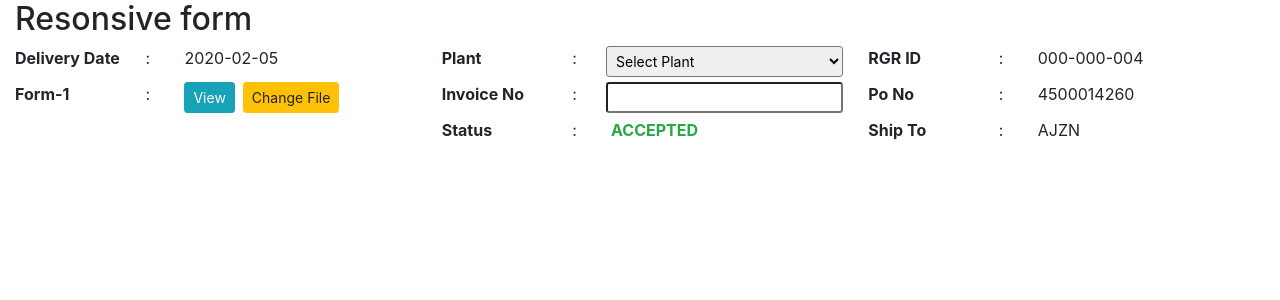
Repository: karthikairasu/Others_work
Page: form.html
An editor plug-in stored every save of this project. The page is shown before and after the next save, followed by the edit.
The browser window is 1280 px wide. The pictures show the whole page.

Above is the page before, as saved 2020-06-28 20:21:54.

### form.html
<!DOCTYPE html>
<html lang="en">
  <head>
    <title>Bootstrap Example</title>
    <meta charset="utf-8" />
    <meta name="viewport" content="width=device-width, initial-scale=1" />
    <link
      rel="stylesheet"
      href="https://maxcdn.bootstrapcdn.com/bootstrap/4.5.0/css/bootstrap.min.css"
    />
    <script src="https://ajax.googleapis.com/ajax/libs/jquery/3.5.1/jquery.min.js"></script>
    <script src="https://cdnjs.cloudflare.com/ajax/libs/popper.js/1.16.0/umd/popper.min.js"></script>
    <script src="https://maxcdn.bootstrapcdn.com/bootstrap/4.5.0/js/bootstrap.min.js"></script>
  </head>
  <body>
    <div class="container-fluid">
      <h2>Resonsive form</h2>
      <form class="" action="">
        <div class="row">
          <div class="col-md-4 col-sm-6 col-12 order-2">
            <div class="form-row">
              <label class="col-md-4 col-sm-4 col-4"><b>RGR ID</b></label>
              <label class="col-md-1 col-sm-1 col-1 px-0">:</label>
              <label class="col-md-7 col-sm-7 col-7" id="RGR_ID"
                >000-000-004
              </label>
            </div>
            <div class="form-row py-1">
              <label class="col-md-4 col-sm-4 col-4"><b>Po No</b></label>
              <label class="col-md-1 col-sm-1 col-1 px-0">:</label>
              <label class="col-md-7 col-sm-7 col-7" id="Po_No"
                >4500014260
              </label>
            </div>
            <div class="form-row">
              <label class="col-md-4 col-sm-4 col-4"><b>Ship To</b></label>
              <label class="col-md-1 col-sm-1 col-1 px-0">:</label>
              <label class="col-md-7 col-sm-7 col-7" id="Ship_To">AJZN </label>
            </div>
          </div>
          <div class="col-md-4 col-sm-6 col-12 order-1">
            <div class="form-row">
              <label class="col-md-4 col-sm-4 col-4"><b>Plant</b></label>
              <label class="col-md-1 col-sm-1 col-1 px-0">:</label>
              <select
                class="form-control-sm col-md-7 col-sm-7 col-7"
                name="plant"
                style="width: 60%;"
                required=""
              >
                <option value="">Select Plant</option>

                <option value="Riyadh">Riyadh</option>

                <option value="Jeddha">Jeddha</option>

                <option value="Dammam">Dammam</option>

                <option value="PMAH ">PMAH </option>
              </select>
            </div>
            <div class="form-row py-1">
              <label class="col-md-4 col-sm-4 col-4"><b>Invoice No</b></label>
              <label class="col-md-1 col-sm-1 col-1 px-0">:</label>
              <input
                type="text"
                class="form-control-sm col-md-7 col-sm-7 col-7"
                id="Invoice_No"
              />
            </div>
            <div class="form-row">
              <label class="col-md-4 col-sm-4 col-4"><b>Status</b></label>
              <label class="col-md-1 col-sm-1 col-1 px-0">:</label>
              <label class="col-md-7 col-sm-7 col-7 text-success" id="Status"
                ><b>ACCEPTED</b></label
              >
            </div>
          </div>
          <div class="col-md-4 col-sm-6 col-12">
            <div class="form-row">
              <label class="col-md-4 col-sm-4 col-4"
                ><b>Delivery Date</b></label
              >
              <label class="col-md-1 col-sm-1 col-1 px-0">:</label>
              <label class="col-md-7 col-sm-7 col-7" id="Delivery Date"
                >2020-02-05
              </label>
            </div>
            <div class="form-row py-1">
              <label class="col-md-4 col-sm-4 col-4"><b>Form-1</b></label>
              <label class="col-md-1 col-sm-1 col-1 px-0">:</label>
              <label class="col-md-7 col-sm-7 col-7 d-flex" id="form_1">
                <button class="btn btn-info btn-sm">View</button>&ensp;
                <button class="btn btn-warning btn-sm">Change File</button>
              </label>
            </div>
          </div>
        </div>
      </form>
    </div>
  </body>
</html>

After the next save:
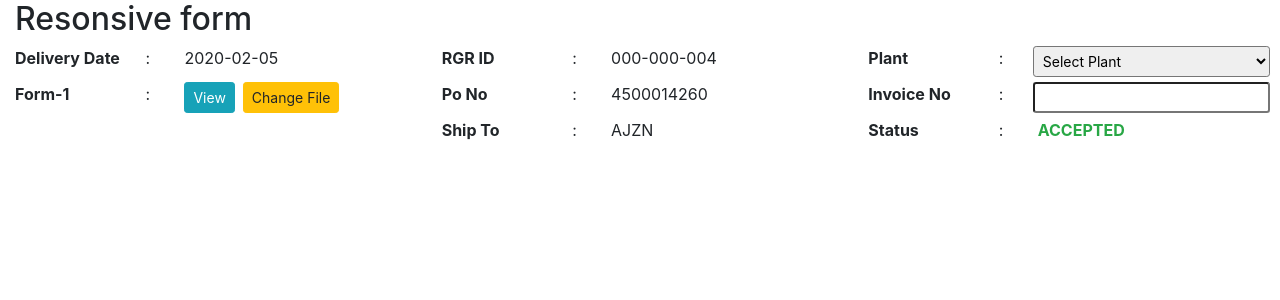
Saved 27 s later.
--- a/form.html
+++ b/form.html
@@ -17,7 +17,7 @@
       <h2>Resonsive form</h2>
       <form class="" action="">
         <div class="row">
-          <div class="col-md-4 col-sm-6 col-12 order-2">
+          <div class="col-md-4 col-sm-6 col-12 order-2 order-sm-1">
             <div class="form-row">
               <label class="col-md-4 col-sm-4 col-4"><b>RGR ID</b></label>
               <label class="col-md-1 col-sm-1 col-1 px-0">:</label>
@@ -38,7 +38,7 @@
               <label class="col-md-7 col-sm-7 col-7" id="Ship_To">AJZN </label>
             </div>
           </div>
-          <div class="col-md-4 col-sm-6 col-12 order-1">
+          <div class="col-md-4 col-sm-6 col-12 order-1 order-sm-2">
             <div class="form-row">
               <label class="col-md-4 col-sm-4 col-4"><b>Plant</b></label>
               <label class="col-md-1 col-sm-1 col-1 px-0">:</label>
